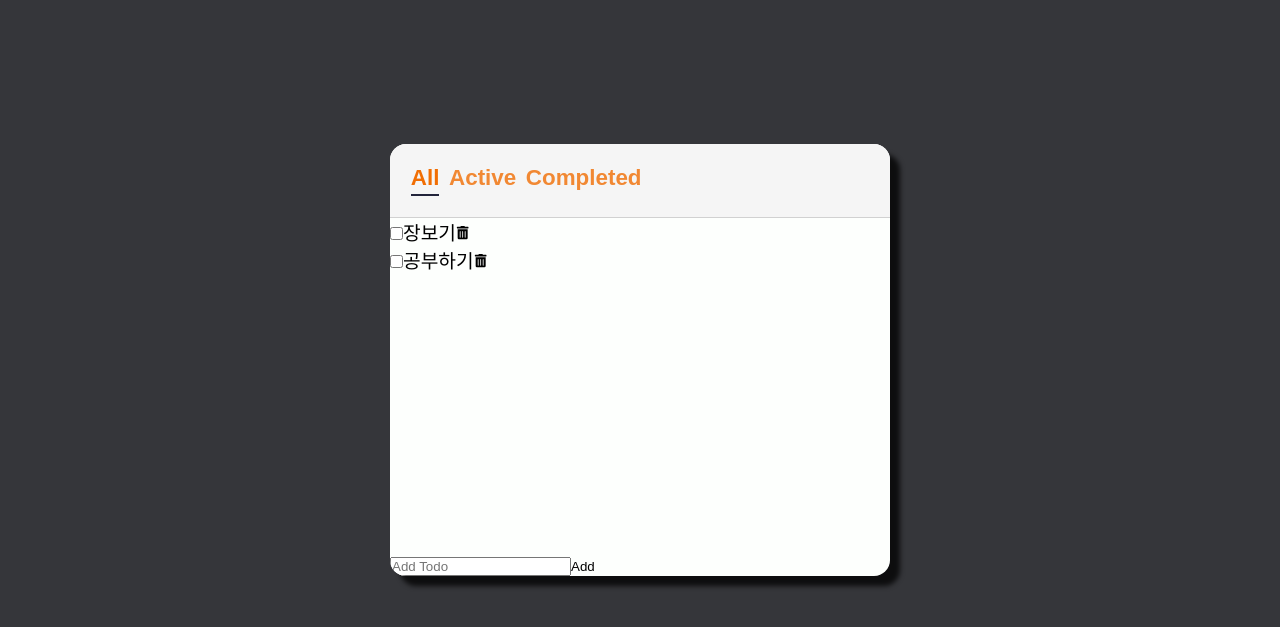
Repository: MrJinkyu/TodoList
Page: /
These files come from the project's save history. The page is drawn as it stood at one moment and after the next save; the edit follows.
The browser window is 1280 px wide. The pictures show the whole page.
The project was rebuilt for these pictures with package versions that can differ from the ones it lists, and the page was loaded fresh each time.

Above is the page before, as saved 2023-05-01 14:45:21.

### src/index.css
:root{
  --color-body: #35363A;
  --color-bg-dark:#f5f5f5;
  --color-bg: #fdfffd;
  --color-grey: #d1d1d1;
  --color-text: #22243b;
  --color-accent: #f16e03;
  --color-white: white;
  --color-scrollbar: #aaa7a7;
}

*{
  box-sizing: border-box;
  padding: 0;
  margin: 0;
}

button{
  border: none;
  outline: none;
  cursor: pointer;
  background-color: transparent;
}

ul,li{
  list-style: none;
}

body {
  margin: 0;
  font-family: -apple-system, BlinkMacSystemFont, 'Segoe UI', 'Roboto', 'Oxygen',
    'Ubuntu', 'Cantarell', 'Fira Sans', 'Droid Sans', 'Helvetica Neue',
    sans-serif;
  -webkit-font-smoothing: antialiased;
  -moz-osx-font-smoothing: grayscale;
  width: 100vw;
  height: 100vh;
  display: flex;
  justify-content: center;
  align-items: center;
  background-color: var(--color-body);
  font-size: 1.2rem;
  accent-color: var(--color-accent);
}

#root{
  overflow: hidden;
  display: flex;
  flex-direction: column;
  width: 100%;
  height: 60%;
  max-width: 500px;
  background-color: var(--color-bg);
  border-radius: 1rem;
  box-shadow: 10px 10px 5px 0px rgba(0,0,0,0.75);
-webkit-box-shadow: 10px 10px 5px 0px rgba(0,0,0,0.75);
-moz-box-shadow: 10px 10px 5px 0px rgba(0,0,0,0.75);
}

code {
  font-family: source-code-pro, Menlo, Monaco, Consolas, 'Courier New',
    monospace;
}

### src/App.js
import { useState } from "react";
import TodoList from "./components/TodoList";
import Header from "./components/Header";

const filters = ['all', 'active', 'completed'];
function App() {
  const [filter, setFilter] = useState(filters[0]);
  return (
    <>
      <Header filters={filters} filter={filter} onFilterChange={setFilter}/>
      <TodoList filter={filter}/>
    </>
  );
}

export default App;

### src/components/TodoList.jsx
import React, { useState } from 'react';
import {v4 as uuidv4} from 'uuid';
import AddTodo from './AddTodo';
import Todo from './Todo';
import styles from './TodoList.module.css';

export default function TodoList({filter}) {
    const [todos, setTodos] = useState([
        { id: uuidv4(), text: '장보기', status: 'active' },
        { id: uuidv4(), text: '공부하기', status: 'active' }
    ]);
    const handleAdd = (todo) => {
        setTodos([...todos, todo]);
    }
    const handleUpdate = (updated) => {
        setTodos(todos.map((todo) => todo.id === updated.id ? updated : todo));
    }
    const handleDelete = (deleted) => {
        setTodos(todos.filter((todo) => todo.id !== deleted.id));
    }
    const filtered = getFilteredItems(todos, filter);
    return (
        <section className={styles.container}>
            <ul className={styles.list}>
                {filtered.map((item) => (
                    <Todo
                        key={item.id}
                        todo={item}
                        onUpdate={handleUpdate}
                        onDelete={handleDelete}
                    />
                ))}
            </ul>
            <AddTodo onAdd={handleAdd}/>
        </section>
    );
}

function getFilteredItems(todos, filter){
    if(filter === 'all'){
        return todos;
    }
    return todos.filter((todo) => todo.status === filter);
}

### src/components/Header.jsx
import React from 'react';
import styles from './Header.module.css';

export default function Header({filters, filter, onFilterChange}) {
    return (
        <header className={styles.header}>
            <ul className={styles.filters}>
                {filters.map((value,index) => (
                    <li key={index}>
                        <button
                            onClick={() => onFilterChange(value)}
                            className={`${styles.filter} ${filter === value && styles.selected}`}
                        >
                            {value}
                        </button>
                    </li>
                ))}
            </ul>
        </header>
    );
}

### src/components/AddTodo.jsx
import React, { useState } from 'react';
import {v4 as uuidv4} from 'uuid';

export default function AddTodo({onAdd}) {
    const [text, setText] = useState('');
    const handleChange = (e) => {
        setText(e.target.value);
    }
    const handleSubmit = (e) => {
        e.preventDefault();
        if(text.trim().length === 0){
            return ;
        }
        onAdd({ id: uuidv4(), text, status: 'active' });
        setText('');
    }
    return (
        <form onSubmit={handleSubmit}>
            <input
                type="text"
                value={text}
                onChange={handleChange}
                placeholder='Add Todo'
            />
            <button>Add</button>
        </form>
    );
}

### src/components/Todo.jsx
import React from 'react';
import { FaTrashAlt } from 'react-icons/fa';

export default function Todo({todo, onUpdate, onDelete}) {
    const { id, text, status } = todo;
    const handleChange = (e) => {
        const status = e.target.checked ? 'completed' : 'active';
        onUpdate({...todo, status});
    }
    return (
        <li>
            <input
                type="checkbox"
                name="checkbox"
                id={id}
                checked={status === 'completed'}
                onChange={handleChange}
            />
            <label htmlFor={id}>{text}</label>
            <span>
                <button onClick={() => onDelete(todo)}>
                    <FaTrashAlt/>
                </button>
            </span>
        </li>
    );
}

### src/components/TodoList.module.css
.container{
    height: 100%;
    display: flex;
    flex-direction: column;
}

.list{
    flex: 1 1 auto;
}

### src/components/Header.module.css
.header{
    background-color: var(--color-bg-dark);
    display: flex;
    justify-content: space-between;
    align-items: center;
    padding: 1rem;
    border-bottom: 1px solid var(--color-grey);
}

.filters{
    display: flex;
}

.filter{
    margin: 0.3rem;
    font-size: 1.4rem;
    color: var(--color-accent);
    font-weight: bold;
    opacity: 0.8;
    text-transform: capitalize;
}

.filter:hover,
.filter.selected{
    opacity: 1;
}

.filter.selected::after{
    content: '';
    display: block;
    margin-top: 0.2rem;
    border: 1px solid var(--color-text);
}

Loaded but not shown: public/index.html (common file); src/index.js (common file); src/reportWebVitals.js (common file)

After the next save:
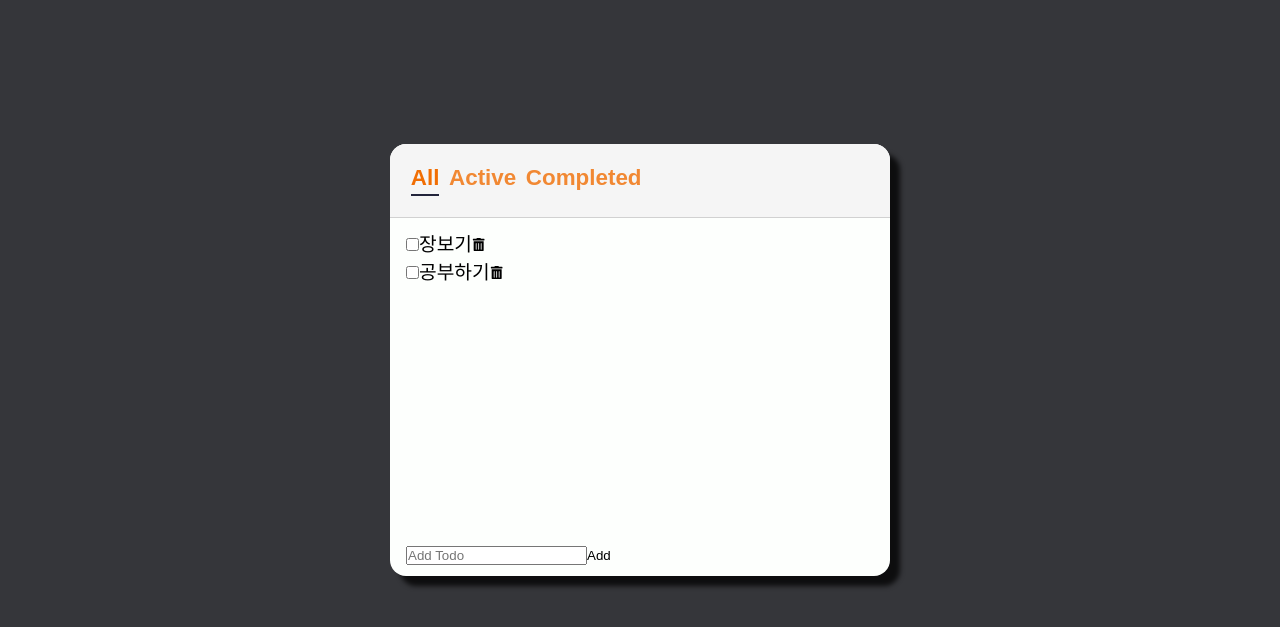
Saved 26 s later.
--- a/src/components/TodoList.module.css
+++ b/src/components/TodoList.module.css
@@ -2,6 +2,7 @@
     height: 100%;
     display: flex;
     flex-direction: column;
+    padding: 0.7rem 1rem;
 }
 
 .list{
